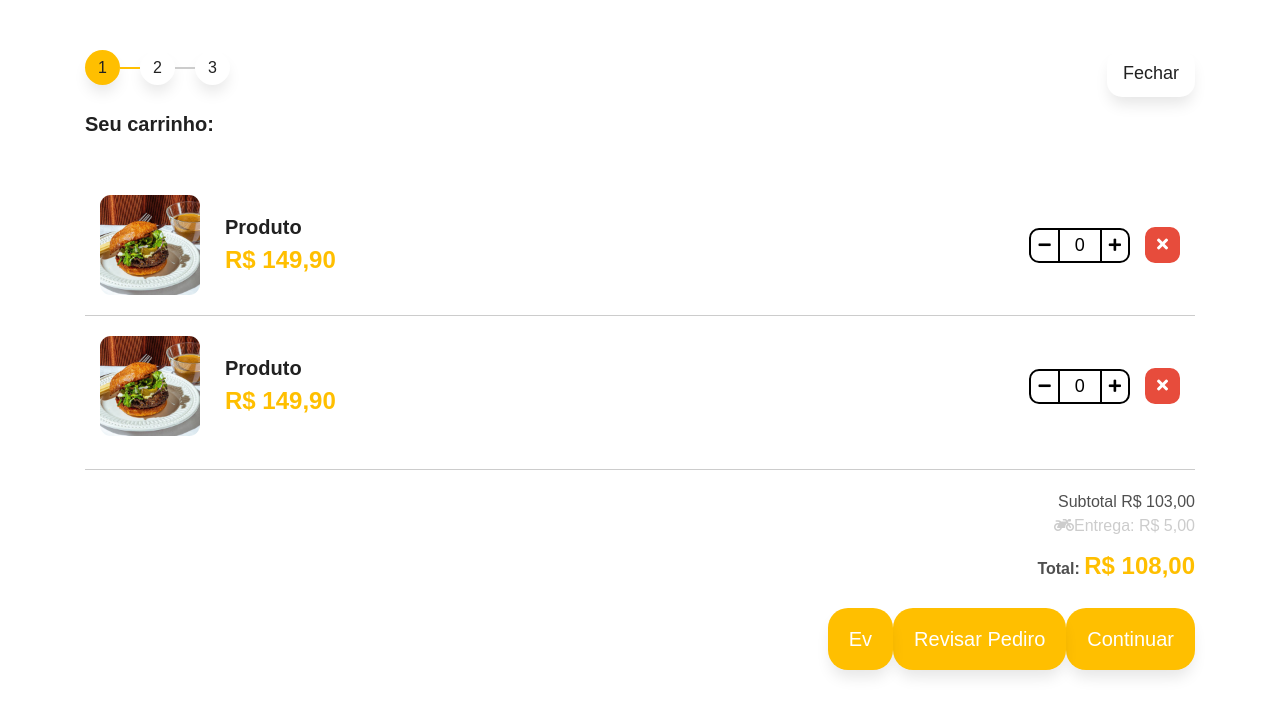
Repository: darkness318/restaraunt
Page: index.html
The author's editor kept a copy of each file at every save. The page is drawn from the files as they stood at one save, then again after the next save.
The browser window is 1280 px wide. The pictures show the window.
A layer covers the whole window, so only the first screen is drawn.

Above is the page before, as saved 2024-10-01 10:22:15.

### index.html
<!DOCTYPE html>
<html lang="pt-br">
  <head>
    <meta charset="UTF-8" />
    <meta name="viewport" content="width=device-width, initial-scale=1.0" />
    <title>Restaurente - Seja bem vindo!</title>
    <link rel="stylesheet" href="./css/bootstrap.min.css" />
    <link rel="stylesheet" href="./css/fontawesome.css" />
    <link rel="stylesheet" href="./css/main.css" />
  </head>

  <body>
    <section class="header">
      <div class="container">
        <nav class="navbar navbar-expand-lg pl-0 pr-0">
          <a class="navbar-brand" href="#">
            <img src="./img/logo.png" width="160" class="img-logo" />
          </a>
          <button
            class="navbar-toggler"
            type="button"
            data-toggle="collapse"
            data-target="#navbarNavDropdown"
          >
            <span class="navbar-toggler-icon">
              <i class="fas fa-bars"></i>
            </span>
          </button>
          <div class="collapse navbar-collapse" id="navbarNavDropdown">
            <ul class="navbar-nav ml-auto mr-auto">
              <li class="nav-item">
                <a href="#reservas" class="nav-link"><b>Reservas</b></a>
              </li>
              <li class="nav-item">
                <a href="#servicos" class="nav-link"><b>Serviços</b></a>
              </li>
              <li class="nav-item">
                <a href="#cardapio" class="nav-link"><b>Cardápio</b></a>
              </li>
              <li class="nav-item">
                <a href="#depoimentos" class="nav-link"><b>Depoimentos</b></a>
              </li>
            </ul>
            <a class="btn btn-white btn-icon">
              Meu carrinho
              <span class="icon">
                <i class="fa fa-shopping-bag"></i>
              </span>
            </a>
          </div>
        </nav>
      </div>
    </section>

    <section class="banner">
      <div class="container">
        <div class="row">
          <div class="col-6">
            <div class="d-flex text-banner">
              <h1>
                <b>Escolha sua comida <b class="color-primary">favorita.</b></b>
              </h1>
              <p>
                Aproveite nosso cardápio! Escolha o que desejar e receba em sua
                casa de forma rápida e segura.
              </p>
              <div>
                <a class="btn btn-yellow mt-4 mr-3"> Ver Cardápio </a>
                <a href="#" class="btn btn-white btn-icon-left mt-4">
                  <span class="icon-left">
                    <i class="fa fa-phone"></i>
                  </span>
                  (66) 9 9999-8888
                </a>
              </div>
            </div>
            <a class="btn btn-sm btn-white btn-social mt-4 mr-3">
              <i class="fab fa-instagram"></i>
            </a>
            <a class="btn btn-sm btn-white btn-social mt-4 mr-3">
              <i class="fab fa-facebook-f"></i>
            </a>
            <a class="btn btn-sm btn-white btn-social mt-4">
              <i class="fab fa-whatsapp"></i>
            </a>
          </div>
          <div class="col-6">
            <div class="card-banner"></div>
            <div class="d-flex img-banner">
              <img src="./img/burguer.png" />
            </div>
            <div class="card card-case">
              "Entrega rápida e funcionários simpáticos.
              <br />A comida chegou quente e <br />
              muito saborosa!"
              <span class="card-case-name">
                <b>Thiago Lopes</b>
              </span>
            </div>
          </div>
        </div>
      </div>
    </section>
    <section class="servicos" id="servicos">
      <div class="background-servicos"></div>

      <div class="container">
        <div class="class row">
          <div class="col-12 text-center mb-5">
            <span class="hint-title"><b>Serviços</b></span>
            <h1 class="title">
              <b>Como são nossos serviços?</b>
            </h1>
          </div>

          <div class="col-4 mb-5">
            <div class="card-icon text-center">
              <img src="./img/icone-pedido.svg" width="150 " />
            </div>

            <div class="card-text text-center mt-3">
              <p><b>Fácil de pedir</b></p>
              <span>
                Você só precisa de alguns passos para pedir sua comida.
              </span>
            </div>
          </div>

          <div class="col-4 mb-5">
            <div class="card-icon text-center">
              <img src="./img/icone-delivery.svg" width="250 " />
            </div>

            <div class="card-text text-center mt-3">
              <p><b>Entrega Rápida</b></p>
              <span> Nossa entrega é sempre pontual, rápida e segura. </span>
            </div>
          </div>

          <div class="col-4 mb-5">
            <div class="card-icon text-center">
              <img src="./img/icone-qualidade.svg" width="250 " />
            </div>

            <div class="card-text text-center mt-3">
              <p><b>Melhor qualidade</b></p>
              <span>
                Não só a rapidez na entrega, a qualidade também é o nosso forte.
              </span>
            </div>
          </div>
        </div>
      </div>
    </section>
    <section class="cardapio" id="cardapio">
      <div class="background-cardapio"></div>

      <div class="container">
        <div class="row">
          <div class="col-12 text-center mb-5">
            <span class="hint-title"><b>Cardápio</b></span>
            <h1 class="title">
              <b>Conheça o nosso Cardápio</b>
            </h1>
          </div>

          <div class="col-12 container-menu">
            <a class="btn btn-white btn-sm mr-3">
              <i class="fas fa-hamburger"></i>&nbsp;Burgers
            </a>
            <a class="btn btn-white btn-sm mr-3">
              <i class="fas fa-pizza-slice"></i>&nbsp;Pizzas
            </a>
            <a class="btn btn-white btn-sm mr-3">
              <i class="fas fa-drumstick-bite"></i>&nbsp;Churrasco
            </a>
            <a class="btn btn-white btn-sm mr-3">
              <i class="fas fa-bacon"></i>&nbsp;Steaks
            </a>
            <a class="btn btn-white btn-sm mr-3">
              <i class="fas fa-cocktail"></i>&nbsp;Bebidas
            </a>
            <a class="btn btn-white btn-sm mr-3">
              <i class="fas fa-ice-cream"></i>&nbsp;Sobremesas
            </a>
          </div>

          <div class="col-12">
            <div class="row" id="itensCardapio">
              <div class="col-3 mb-5">
                <div class="card card-item">
                  <div class="img-produto">
                    <img
                      src="./img/cardapio/burguers/burger-au-poivre-kit-4-pack.3ca0e39b02db753304cd185638dad518.jpg"
                    />
                  </div>
                  <p class="title-produto text-center mt-4">
                    <b>Nome do produto muito grande</b>
                  </p>
                  <p class="price-produto text-center">
                    <b>R$ 154,90</b>
                  </p>

                  <div class="add-carrinho">
                    <span class="btn-menos"><i class="fas fa-minus"></i></span>
                    <span class="btn-numero-itens">0</span>
                    <span class="btn-mais"><i class="fas fa-plus"></i></span>
                    <span class="btn btn-add"
                      ><i class="fa fa-shopping-bag"></i
                    ></span>
                  </div>
                </div>
              </div>

              <div class="col-3 mb-5">
                <div class="card card-item">
                  <div class="img-produto">
                    <img
                      src="./img/cardapio/burguers/burger-au-poivre-kit-4-pack.3ca0e39b02db753304cd185638dad518.jpg"
                    />
                  </div>
                  <p class="title-produto text-center mt-4">
                    <b>Nome do produto muito grande</b>
                  </p>
                  <p class="price-produto text-center">
                    <b>R$ 154,90</b>
                  </p>

                  <div class="add-carrinho">
                    <span class="btn-menos"><i class="fas fa-minus"></i></span>
                    <span class="btn-numero-itens">0</span>
                    <span class="btn-mais"><i class="fas fa-plus"></i></span>
                    <span class="btn btn-add"
                      ><i class="fa fa-shopping-bag"></i
                    ></span>
                  </div>
                </div>
              </div>

              <div class="col-3 mb-5">
                <div class="card card-item">
                  <div class="img-produto">
                    <img
                      src="./img/cardapio/burguers/burger-au-poivre-kit-4-pack.3ca0e39b02db753304cd185638dad518.jpg"
                    />
                  </div>
                  <p class="title-produto text-center mt-4">
                    <b>Nome do produto muito grande</b>
                  </p>
                  <p class="price-produto text-center">
                    <b>R$ 154,90</b>
                  </p>

                  <div class="add-carrinho">
                    <span class="btn-menos"><i class="fas fa-minus"></i></span>
                    <span class="btn-numero-itens">0</span>
                    <span class="btn-mais"><i class="fas fa-plus"></i></span>
                    <span class="btn btn-add"
                      ><i class="fa fa-shopping-bag"></i
                    ></span>
                  </div>
                </div>
              </div>

              <div class="col-3 mb-5">
                <div class="card card-item">
                  <div class="img-produto">
                    <img
                      src="./img/cardapio/burguers/burger-au-poivre-kit-4-pack.3ca0e39b02db753304cd185638dad518.jpg"
                    />
                  </div>
                  <p class="title-produto text-center mt-4">
                    <b>Nome do produto muito grande</b>
                  </p>
                  <p class="price-produto text-center">
                    <b>R$ 154,90</b>
                  </p>

                  <div class="add-carrinho">
                    <span class="btn-menos"><i class="fas fa-minus"></i></span>
                    <span class="btn-numero-itens">0</span>
                    <span class="btn-mais"><i class="fas fa-plus"></i></span>
                    <span class="btn btn-add"
                      ><i class="fa fa-shopping-bag"></i
                    ></span>
                  </div>
                </div>
              </div>
            </div>
          </div>
          <div class="col-12 text-center">
            <a class="btn btn-white btn-sm">Ver mais</a>
          </div>
        </div>
      </div>
    </section>
    <section class="depoimentos" id="depoimentos">
      <div class="background-depoimentos"></div>
      <div class="container">
        <div class="row">
          <div class="col-5 text-center">
            <div class="card-depoimentos"></div>
            <div class="d-flex img-banner">
              <img src="./img/pizzas.png" />
            </div>
          </div>

          <div class="col-7">
            <span class="hint-title"><b>Depoimentos</b></span>
            <h1 class="title">
              <b>O que dizem sobre nós</b>
            </h1>
            <div class="mb-5">
              <div class="depoimento" id="depoimento-1">
                <div class="container-dados-depoimento">
                  <div class="imagem-depoimento"></div>
                  <div>
                    <p class="nome-depoimento"><b>Diego Pereira</b></p>
                    <p class="nota-depoimento">
                      <i class="fas fa-star"></i>
                      <i class="fas fa-star"></i>
                      <i class="fas fa-star"></i>
                      <i class="fas fa-star"></i>
                      <i class="fas fa-star-half-alt"></i>&nbsp;
                      <span>4.5</span>
                    </p>
                  </div>
                </div>
                <p class="texto-depoimento">
                  <i class="fas fa-quote-left"></i>
                  <span>
                    Muito bom, recomendo demais! Comida muito bem feita pelo
                    chefe, atendimento dentro dos parâmetros e boa comunicação
                    com o cliente.
                  </span>
                  <i class="fas fa-quote-right"></i>
                </p>
              </div>

              <div class="depoimento hidden" id="depoimento-2">
                <div class="container-dados-depoimento">
                  <div class="imagem-depoimento"></div>
                  <div>
                    <p class="nome-depoimento"><b>Ana Beatriz</b></p>
                    <p class="nota-depoimento">
                      <i class="fas fa-star"></i>
                      <i class="fas fa-star"></i>
                      <i class="fas fa-star"></i>
                      <i class="fas fa-star"></i>
                      <i class="fas fa-star"></i>&nbsp; <span>5.0</span>
                    </p>
                  </div>
                </div>
                <p class="texto-depoimento">
                  <i class="fas fa-quote-left"></i>
                  <span>
                    Um jantar perfeito do começo ao fim. Comida, experiência,
                    serviço... foi tão maravilhoso que fomos dois dias seguidos
                    - fato inédito para mim em uma viagem.
                  </span>
                  <i class="fas fa-quote-right"></i>
                </p>
              </div>

              <div class="depoimento hidden" id="depoimento-3">
                <div class="container-dados-depoimento">
                  <div class="imagem-depoimento"></div>
                  <div>
                    <p class="nome-depoimento"><b>João Guilherme</b></p>
                    <p class="nota-depoimento">
                      <i class="fas fa-star"></i>
                      <i class="fas fa-star"></i>
                      <i class="fas fa-star"></i>
                      <i class="fas fa-star"></i>
                      <i class="far fa-star"></i>&nbsp; <span>4.0</span>
                    </p>
                  </div>
                </div>
                <p class="texto-depoimento">
                  <i class="fas fa-quote-left"></i>
                  <span>
                    A comida estava excelente e o serviço gentil nos
                    surpreendeu! Dica: reserve umas 3 horas para ter uma
                    experiência incrível.
                  </span>
                  <i class="fas fa-quote-right"></i>
                </p>
              </div>
            </div>

            <a class="btn btn-sm btn-white btn-social mr-3 active">1</a>
            <a class="btn btn-sm btn-white btn-social mr-3">2</a>
            <a class="btn btn-sm btn-white btn-social">3</a>
          </div>
        </div>
      </div>
    </section>
    <section class="reserva" id="reserva">
      <div class="container">
        <div class="row">
          <div class="col-12">
            <div class="card-secondary">
              <div class="row">
                <div class="col-7">
                  <span class="hint-title"><b>Reserva</b></span>
                  <h1 class="title">
                    <b>Quer reservar um horário?</b>
                  </h1>
                  <p class="pr-5">
                    Mande uma mensagem clicando no botão abaixo
                    <br />
                    Reserve sua data e horário de forma simples e rápida.
                  </p>
                  <a class="btn btn-yellow mt-4"> Fazer reserva </a>
                </div>

                <div class="col-5">
                  <div class="card-reserva"></div>
                  <div class="d-flex img-banner">
                    <img src="./img/icone-reserva.svg" />
                  </div>
                </div>
              </div>
            </div>
          </div>
        </div>
      </div>
    </section>

    <section class="footer">
      <div class="container">
        <div class="row">
          <div class="col-3 container-logo-footer">
            <img class="logo-footer" src="./img/logo.png" />
          </div>

          <div class="col-6 container-texto-footer">
            <p class="mb-0">
              <b>Menu On-line</b> &copy; Todos os direitos reservados
            </p>
          </div>

          <div class="col-3 container-redes-footer">
            <a class="btn btn-sm btn-white btn-social mr-3">
              <i class="fab fa-instagram"></i>
            </a>
            <a class="btn btn-sm btn-white btn-social mr-3">
              <i class="fab fa-facebook-f"></i>
            </a>
            <a class="btn btn-sm btn-white btn-social">
              <i class="fab fa-whatsapp"></i>
            </a>
          </div>
        </div>
      </div>
    </section>

    <div class="modal-full" id="modalCarrinho">
      <div class="m-header">
        <div class="container">
          <a class="btn btn-white btn-sm float-right"> Fechar </a>

          <div class="etapas">
            <div class="etapa etapa1 active">1</div>
            <div class="etapa etapa2">2</div>
            <div class="etapa etapa3">3</div>
          </div>
          <p class="title-carrinho mt-4">
            <b id="lblTituloEtapa">Seu carrinho:</b>
          </p>
        </div>
      </div>

      <div class="m-body">
        <div class="container">
          <div id="itensCarrinho" class="row mr-0 ml-0">
            <div class="col-12 item-carrinho">
              <div class="img-produto">
                <img
                  src="./img/cardapio/burguers/burger-au-poivre-kit-4-pack.3ca0e39b02db753304cd185638dad518.jpg"
                />
              </div>
              <div class="dados-produto">
                <p class="title-produto"><b>Produto</b></p>
                <p class="price-produto"><b>R$ 149,90</b></p>
              </div>
              <div class="add-carrinho">
                <span class="btn-menos"><i class="fas fa-minus"></i></span>
                <span class="btn-numero-itens">0</span>
                <span class="btn-mais"><i class="fas fa-plus"></i></span>
                <span class="btn btn-remove"><i class="fa fa-times"></i></span>
              </div>
            </div>
            <!-- segundo item do carrinho   -->
            <div class="col-12 item-carrinho">
              <div class="img-produto">
                <img
                  src="./img/cardapio/burguers/burger-au-poivre-kit-4-pack.3ca0e39b02db753304cd185638dad518.jpg"
                />
              </div>
              <div class="dados-produto">
                <p class="title-produto"><b>Produto</b></p>
                <p class="price-produto"><b>R$ 149,90</b></p>
              </div>
              <div class="add-carrinho">
                <span class="btn-menos"><i class="fas fa-minus"></i></span>
                <span class="btn-numero-itens">0</span>
                <span class="btn-mais"><i class="fas fa-plus"></i></span>
                <span class="btn btn-remove"><i class="fa fa-times"></i></span>
              </div>
            </div>
          </div>

          <div id="localEntrega" class="row mr-0 ml-0 hidden"></div>

          <div id="resumoCarrinho" class="row mr-0 ml-0 hidden"></div>
        </div>
      </div>

      <div class="m-footer">
        <div class="container">
          <div class="container-total text-right mb-4 ">
            <p class="mb-0">
              <span>Subtotal</span>
              <span id="lblSubtotal">R$ 103,00</span>
            </p>
            <p class="mb-0 texto-entrega">
              <span><i class="fas fa-motorcycle"></i>Entrega:</span>
              <span id="lblValorEntrega">R$ 5,00</span>
            </p>
            <p class="mb-0 texto-total"></p>
              <span><b>Total:</b></span>
              <span class="valor-total" id="lblValorTotal"><b>R$ 108,00</b></span>
            </p>
          </div>
          <a class="btn btn-yellow float-right" id="btnEtapaPedido">Continuar</a>
          <a class="btn btn-yellow float-right" id="btnEtapaEndereco">Revisar Pediro</a>
          <a class="btn btn-yellow float-right" id="btnEtapaResumo">Ev</a>
        </div>
      </div>
    </div>

    <script type="text/javascript" src="./js/jquery-1.12.4.min.js"></script>
    <script type="text/javascript" src="./js/modernizr-3.5.0.min.js"></script>
    <script type="text/javascript" src="./js/bootstrap.min.js"></script>
    <script type="text/javascript" src="./js/popper.min.js"></script>
  </body>
</html>

Loaded but not shown: css/bootstrap.min.css (library); css/fontawesome.css (library); js/jquery-1.12.4.min.js (library); js/modernizr-3.5.0.min.js (library); js/bootstrap.min.js (library); js/popper.min.js (library); css/main.css (621 lines, source omitted)

After the next save:
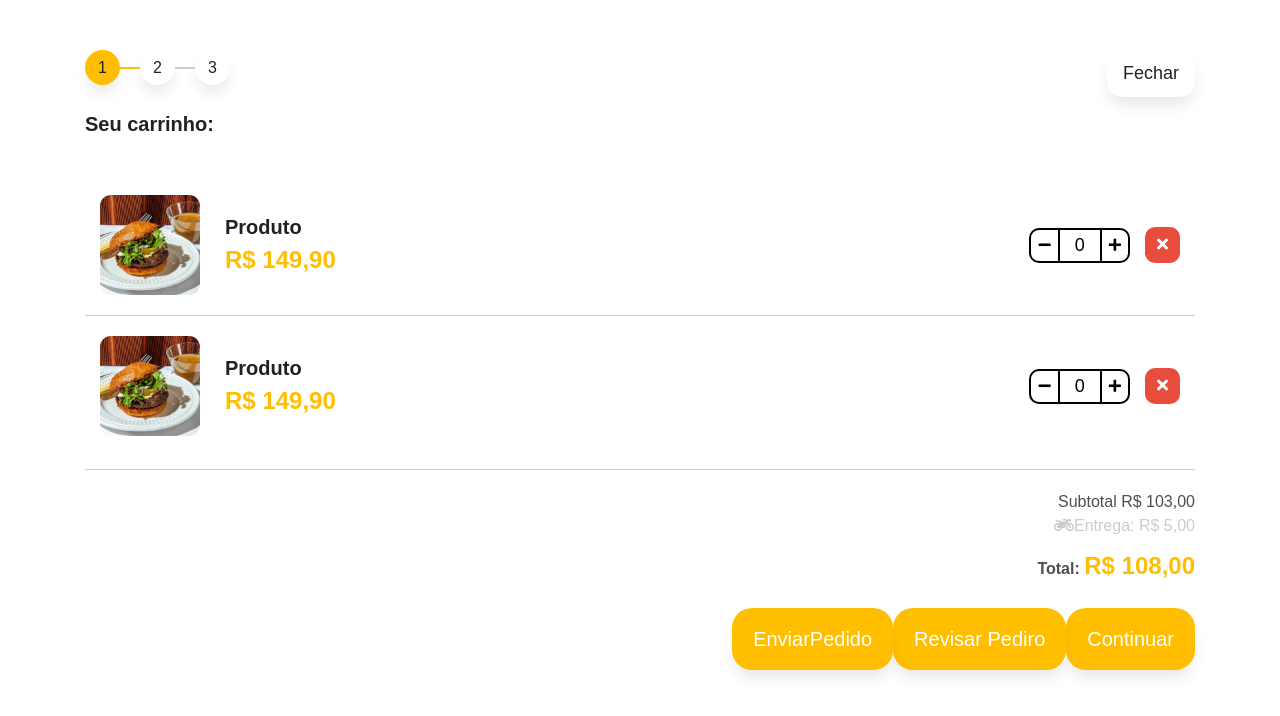
Saved 3 s later.
--- a/index.html
+++ b/index.html
@@ -535,7 +535,7 @@
           </div>
           <a class="btn btn-yellow float-right" id="btnEtapaPedido">Continuar</a>
           <a class="btn btn-yellow float-right" id="btnEtapaEndereco">Revisar Pediro</a>
-          <a class="btn btn-yellow float-right" id="btnEtapaResumo">Ev</a>
+          <a class="btn btn-yellow float-right" id="btnEtapaResumo">EnviarPedido</a>
         </div>
       </div>
     </div>
